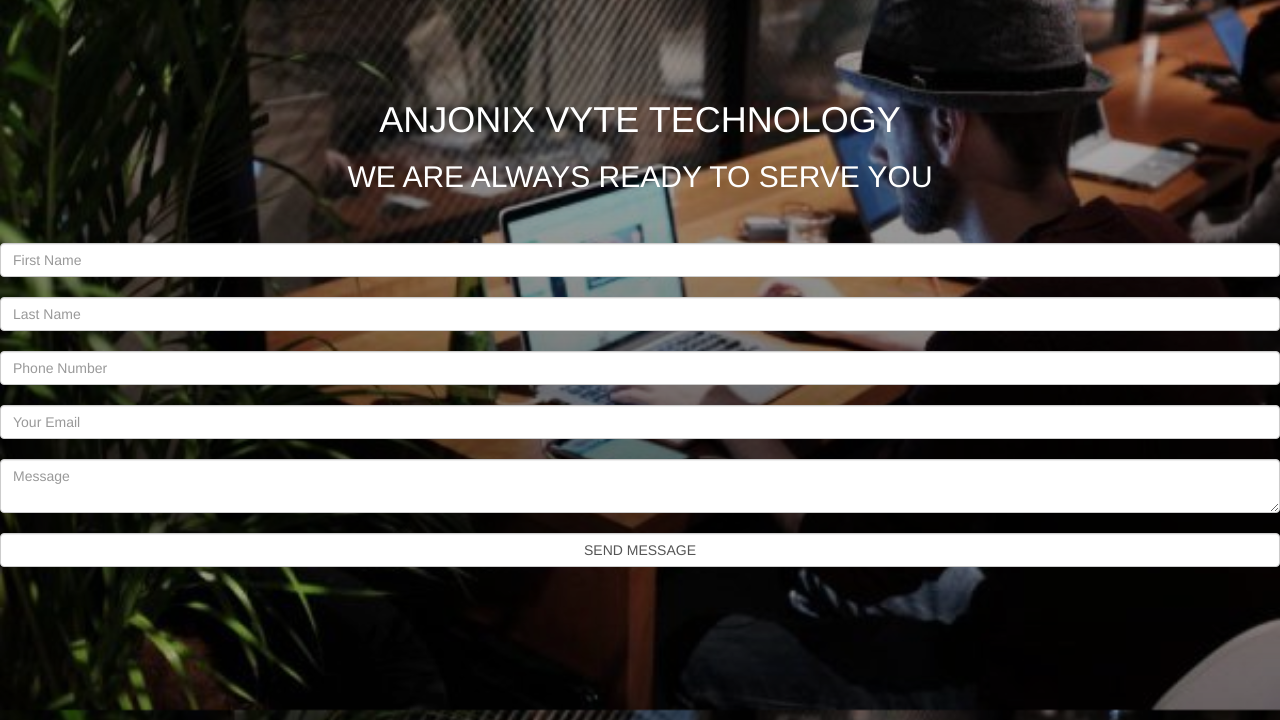
Repository: anjonix/Responsive-Website
Page: contact-form.html
An editor plug-in stored every save of this project. The page is shown before and after the next save, followed by the edit.
The browser window is 1280 px wide. The pictures show the whole page.

Above is the page before, as saved 2019-07-09 15:02:01.

### contact-form.html
<!DOCTYPE html>
<!DOCTYPE html>
<html lang="en">
<head>
    <meta charset="UTF-8">
    <meta name="viewport" content="width=device-width, initial-scale=1.0">
    <meta http-equiv="X-UA-Compatible" content="ie=edge">
    <link rel="stylesheet" href="CSS/Contactform style.css">
     <!-- Latest compiled and minified CSS -->
    <link rel="stylesheet" href="https://maxcdn.bootstrapcdn.com/bootstrap/3.4.0/css/bootstrap.min.css">

    <!-- jQuery library -->

    <script src="https://ajax.googleapis.com/ajax/libs/jquery/3.4.1/jquery.min.js"></script>

    <!-- Latest compiled JavaScript -->
    <script src="https://maxcdn.bootstrapcdn.com/bootstrap/3.4.0/js/bootstrap.min.js"></script>
    <title>Contact Form</title>
</head>
<body>
        <div class="Contactform">
            <h1>anjonix vyte technology</h1>
            <h2>we are always ready to serve you</h2>
        </div>
        <div class="contact-form">
            <form id="contact-form" action="" method="post">
                <input name="name" type="text" class="form-control" placeholder="First Name" required>
                <br>
                 <input name="name" type="text" class="form-control" placeholder="Last Name" required>
                <br>
                 <input name="Phone Number" type="number" class="form-control" placeholder="Phone Number" required>
                <br>
                 <input name="Email" type="email" class="form-control" placeholder="Your Email" required>
                <br>
                 <textarea name="Message" class="form-control" placeholder="Message" row="4" required></textarea><br>
                 <input type="Submit" class="form-control submit" value="SEND MESSAGE">
            </form>
        </div>
</body>
</html>

### CSS/Contactform style.css
body
{
    margin-top: 0;
    padding:0;
    text-align: center;
    background:linear-gradient(rgba(0,0,0,0.2),rgba(0, 0, 0, 0.7)),url(..//Images/image7.jpg);
    background-size: cover;
    background-position: center;
    font-family: sans-serif
}
.Contactform
{
    margin-top: 100px;
    color: #fff;
    text-transform: uppercase;
    transition: all 4s ease-in-out;
}
.contactform h1
{
    font-size: 32px;
    line-height: 10px
}
.contactform h2{
    font-size: 16px;
}
form
{
    margin-top: 50px;
    transition: all 4s ease-in-out;
}
.form-control
{
    width: 600px;
    background: transparent;
    outline: none;
    border: none;
}

After the next save:
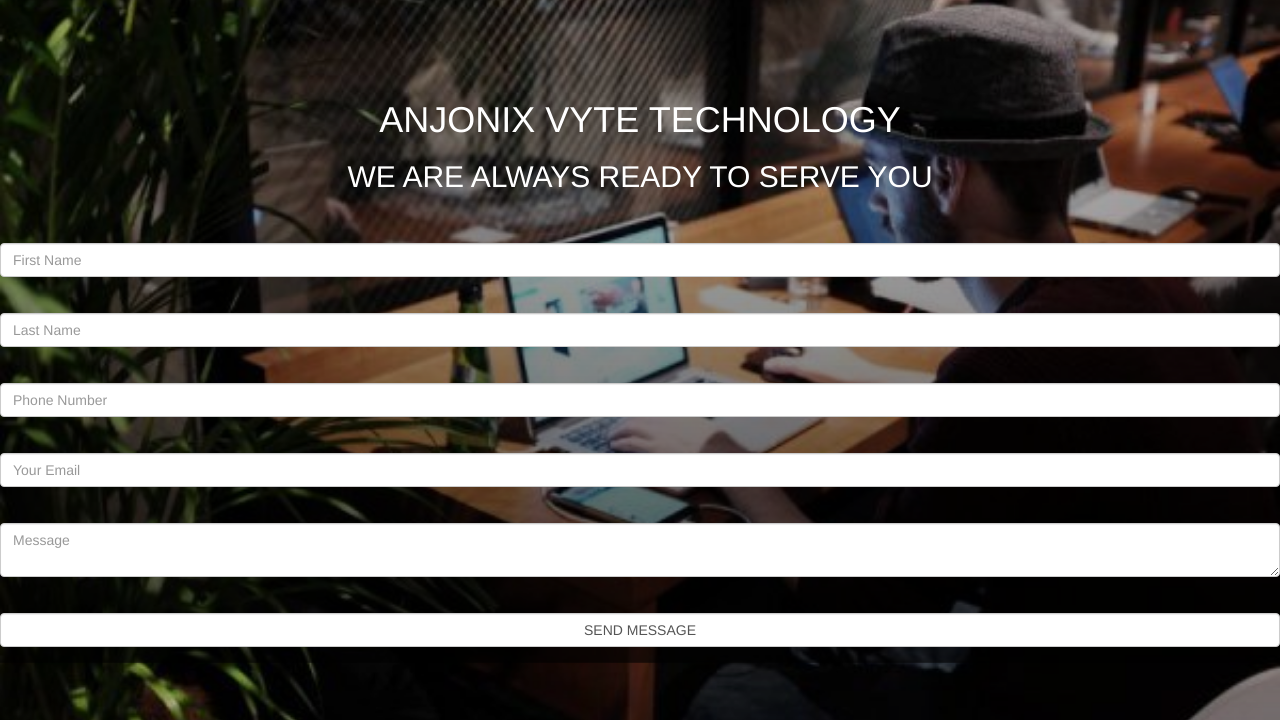
Saved 2 min 32 s later.
--- a/CSS/Contactform style.css
+++ b/CSS/Contactform style.css
@@ -34,4 +34,8 @@
     background: transparent;
     outline: none;
     border: none;
+    border-bottom: 1px solid gray;
+    color: #fff;
+    font-size: 18px;
+    margin-bottom: 16px;
 }
